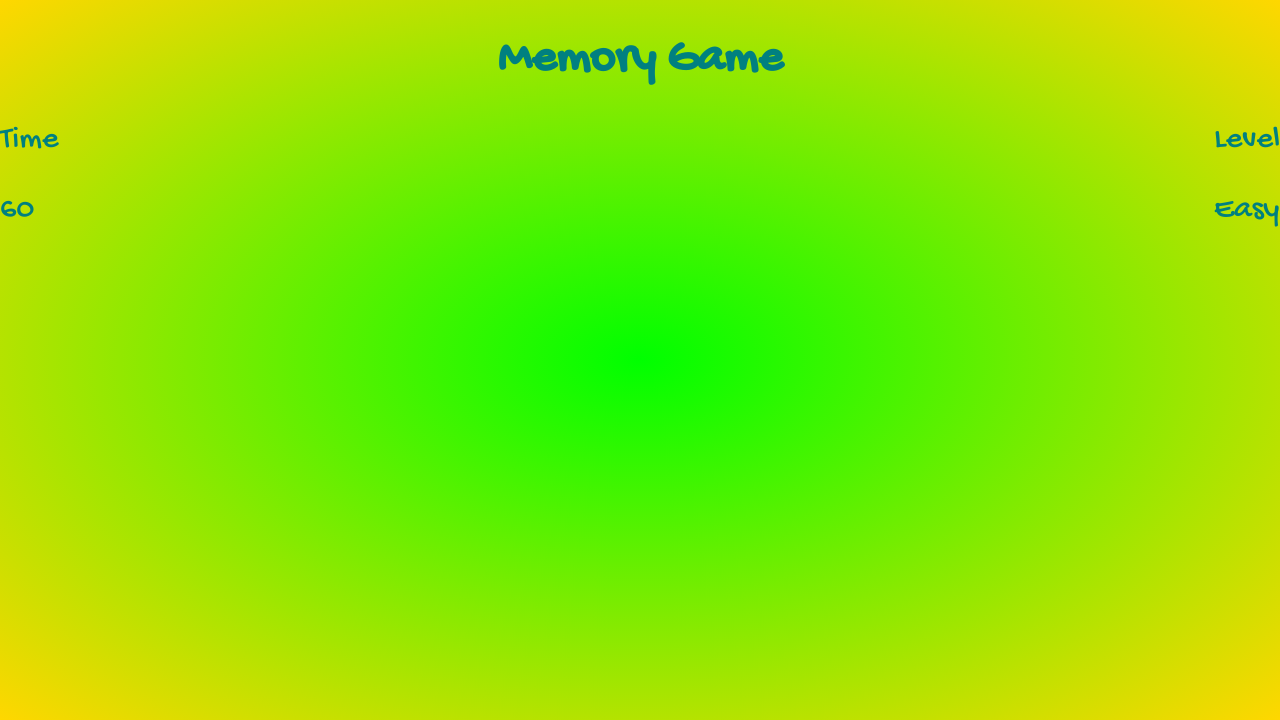
Repository: lauramika/Memory-Game
Page: index.html
The author's editor kept a record of every edit. The page is drawn from the files as they stood at one moment, then again after the next edit.
The browser window is 1280 px wide. The pictures show the whole page.

Above is the page before.

After the next edit:
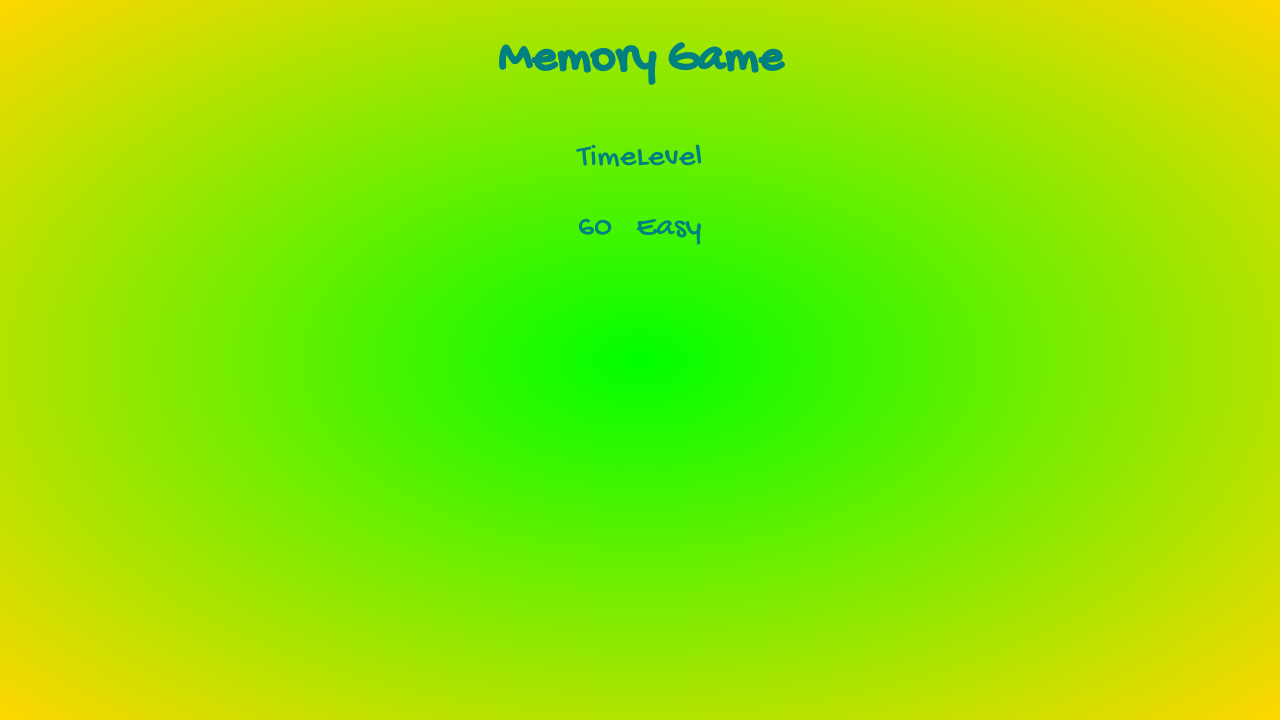
The edit:
--- a/style.css
+++ b/style.css
@@ -30,6 +30,9 @@
     display: grid;
     grid-template-columns: repeat(4, auto);
     grid-gap: 8px;
+    margin: 50px;
+    justify-content: center;
+
 }
 
 .cards {
